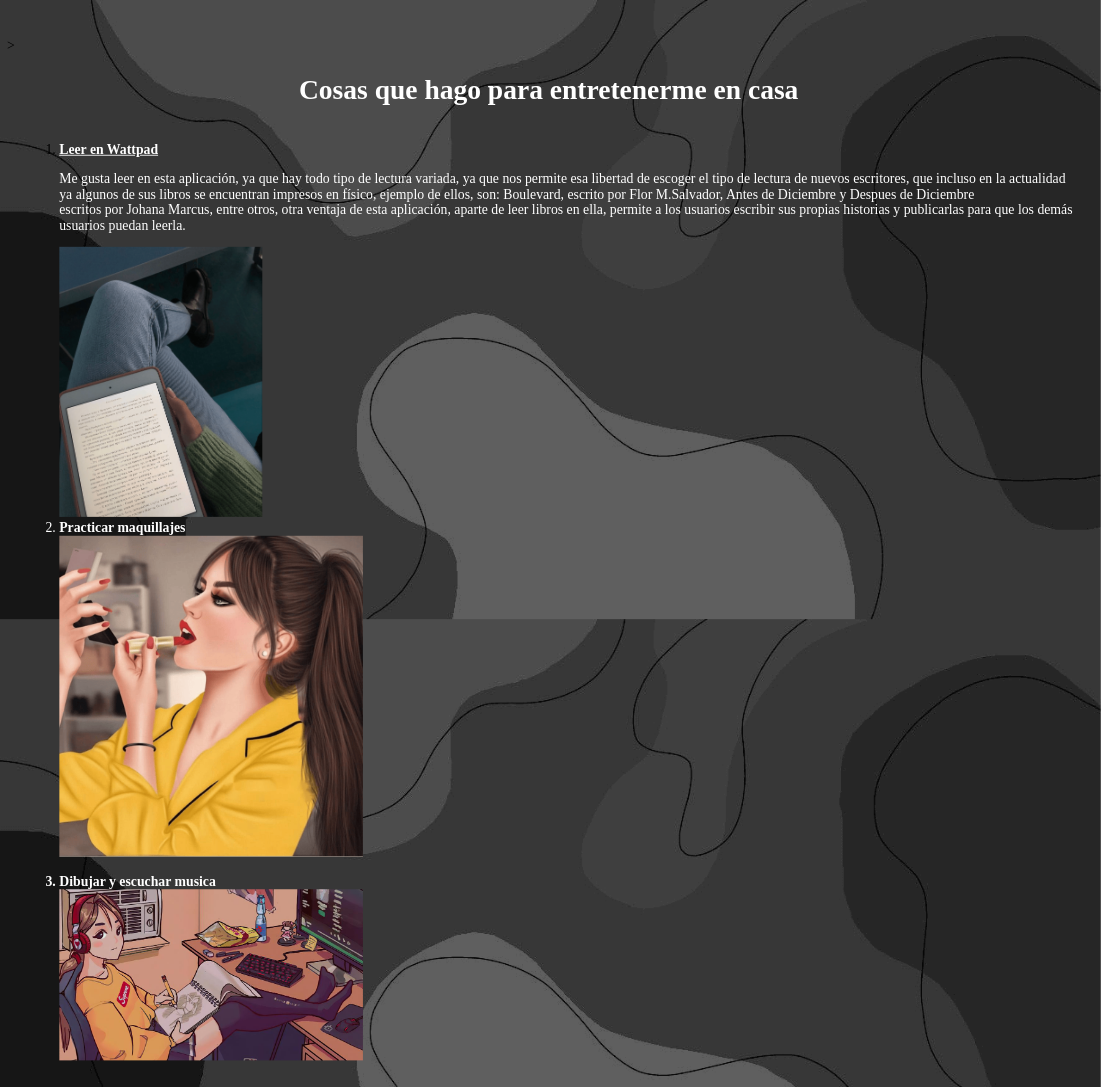
Repository: darlyn-saravia27/portafolio-darlynsaravia
Page: archivoshtml/entretenimiento.html
An editor plug-in stored every save of this project. The page is shown before and after the next save, followed by the edit.
The browser window is 1280 px wide. The pictures show the whole page, at 86% of full size.

Above is the page before, as saved 2023-03-05 04:09:27.

### archivoshtml/entretenimiento.html
<!DOCTYPE html>
<html lang="en">
<head>
    <meta charset="UTF-8">
    <meta http-equiv="X-UA-Compatible" content="IE=edge">
    <meta name="viewport" content="width=device-width, initial-scale=1.0">
    <title>Entretenimiento</title>
</head>
<body background="fondo.png">
    <table align="center">
        <tr>
            <td align="center"><h1><font color="white">Cosas que hago para entretenerme en casa
            </font></h1></td>
            <br>
            <br>
            <td></td>
        </tr>>
        <tr>
            <td>
                <ol type="1"><li><font color="white"><strong><u>Leer en Wattpad</strong></font></u></li>
                    <p><font color="white">Me gusta leer en esta aplicación, ya que hay todo tipo de lectura variada, ya que nos permite esa libertad
                    de escoger el tipo de lectura de nuevos escritores, que incluso en la actualidad <br>ya algunos de sus libros
                    se encuentran impresos en físico, ejemplo de ellos, son: Boulevard, escrito por Flor M.Salvador, Antes de Diciembre
                    y Despues de Diciembre <br>escritos por Johana Marcus, entre otros, otra ventaja de esta aplicación, aparte de leer libros
                    en ella, permite a los usuarios escribir sus propias historias y publicarlas para que los demás<br> usuarios puedan leerla.</p>
                    <img src="Book.png" width="20%" height="20%">
                <li type="1"><font color="white"><strong>Practicar maquillajes</li>
                    <img src="art.png" width="30%" height="30%">
                    <p></p>
                <li type="1">Dibujar y escuchar musica</li>
                    <img src="dibujo.png" width="30%" height="30%">
                </ol>
            </td>

</body>
</html>

After the next save:
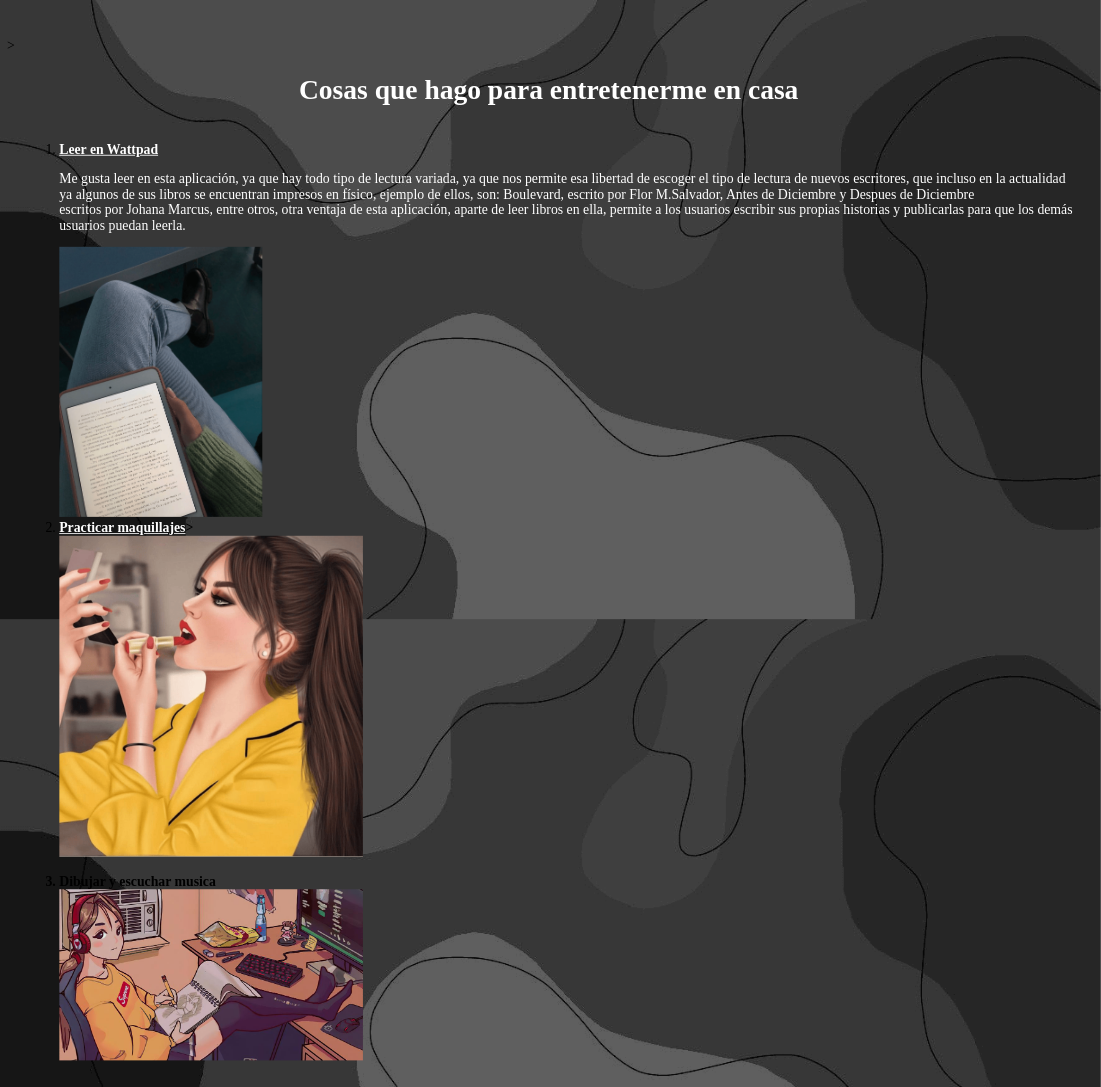
Saved 2 min 29 s later.
--- a/archivoshtml/entretenimiento.html
+++ b/archivoshtml/entretenimiento.html
@@ -24,7 +24,7 @@
                     y Despues de Diciembre <br>escritos por Johana Marcus, entre otros, otra ventaja de esta aplicación, aparte de leer libros
                     en ella, permite a los usuarios escribir sus propias historias y publicarlas para que los demás<br> usuarios puedan leerla.</p>
                     <img src="Book.png" width="20%" height="20%">
-                <li type="1"><font color="white"><strong>Practicar maquillajes</li>
+                <li type="1"><font color="white"><strong><u>Practicar maquillajes</font></font></u>></li>
                     <img src="art.png" width="30%" height="30%">
                     <p></p>
                 <li type="1">Dibujar y escuchar musica</li>
